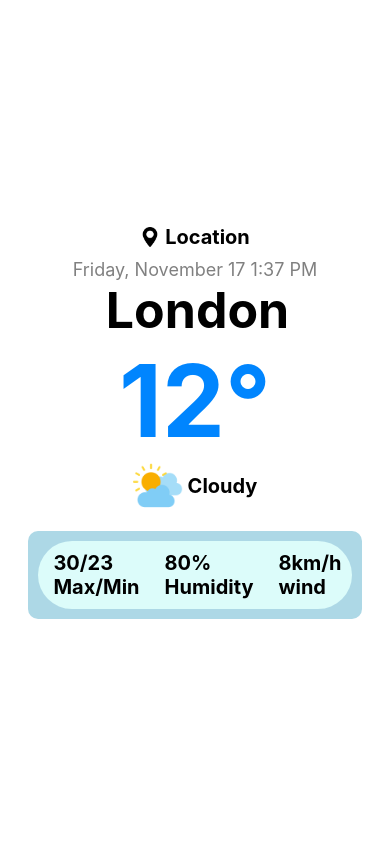
Repository: praveen080/react-native-weatherAppV1
Screen: /
The author's editor kept a copy of each file at every save. The screen is drawn from the files as they stood at one save, then again after the next save.
The app was drawn by React Native's web renderer in a window 390 px wide. The project was rebuilt for these pictures with package versions that can differ from the ones it lists, and the page was loaded fresh each time. Also part of the build but not shown: Screens/startUp.js.

Above is the screen before, as saved 2023-11-17 14:17:02.

### App.js
import { StatusBar } from "expo-status-bar";
import { StyleSheet, Text, View } from "react-native";
import StartPage from "./Screens/startUp";
import Home from "./Screens/Home";

export default function App() {
  return (
    <View style={styles.container}>
      {/* <StartPage /> */}
      <Home />
    </View>
  );
}

const styles = StyleSheet.create({
  container: {
    flex: 1,
    backgroundColor: "#ff f",
    alignItems: "center",
    justifyContent: "center",
  },
});

### Screens/Home.js
import React from "react";
import { View, Text, Image, TouchableOpacity, StyleSheet } from "react-native";

const Home = () => {
  const currentDate = new Date();

  // Format the date and time
  const formattedDate = currentDate.toLocaleDateString("en-US", {
    weekday: "long",
    day: "numeric",
    month: "long",
  });

  const formattedTime = currentDate.toLocaleTimeString("en-US", {
    hour: "numeric",
    minute: "numeric",
    hour12: true,
  });
  return (
    <View style={styles.container}>
      {/* Location Text with Icon */}
      <TouchableOpacity style={styles.locationContainer}>
        <Image source={require("./assets/location.png")} style={styles.icon} />
        <Text style={styles.locationText}>Location</Text>
      </TouchableOpacity>

      {/* Current Time and Date */}
      <Text style={styles.dateTimeText}>
        {formattedDate} {formattedTime}
      </Text>
      <Text style={styles.location}>London</Text>

      {/* Numbers */}
      <View style={styles.numbersContainer}>
        <Text style={styles.number}>12°</Text>
      </View>

      <View style={styles.locationContainer}>
        <Image
          source={require("./assets/cloudy-day.png")}
          style={styles.iconS}
        />
        <Text style={styles.locationText}>Cloudy</Text>
      </View>
      <View style={styles.cardFull}>
        <View style={styles.locationContainer1}>
          <View style={styles.card}>
            <Text style={styles.locationText}>30/23</Text>
            <Text style={styles.locationText}>Max/Min</Text>
          </View>
          <View style={styles.card}>
            <Text style={styles.locationText}>80%</Text>
            <Text style={styles.locationText}>Humidity</Text>
          </View>
          <View style={styles.card}>
            <Text style={styles.locationText}>8km/h</Text>
            <Text style={styles.locationText}>wind</Text>
          </View>
        </View>
      </View>
    </View>
  );
};

export default Home;

export const styles = StyleSheet.create({
  container: {
    flex: 1,
    alignItems: "center",
    justifyContent: "center",
  },
  locationContainer: {
    flexDirection: "row",
    alignItems: "center",
  },
  locationContainer1: {
    flexDirection: "row",
    alignItems: "center",
    backgroundColor: "#dcfcfa",
    borderRadius: 50,
    margin: 10,
  },
  locationText: {
    fontSize: 20,
    marginLeft: 5,
    fontWeight: "bold",
  },
  location: {
    fontSize: 50,
    marginLeft: 5,
    fontWeight: "bold",
  },
  icon: {
    width: 20,
    height: 20,
  },
  iconS: {
    width: 50,
    height: 50,
  },
  dateTimeText: {
    fontSize: 18,
    marginTop: 10,
    color: "grey",
  },
  numbersContainer: {
    flexDirection: "row",
    alignItems: "center",
    // marginTop: 20,
  },
  number: {
    fontSize: 100,
    // marginRight: 10,
    fontWeight: "bold",
    color: "#0085FE",
  },
  logo: {
    width: 100,
    height: 100,
    marginTop: 20,
  },
  card: {
    margin: 10,
  },
  cardFull: {
    borderRadius: 10,
    backgroundColor: "lightblue",
    marginTop: 20,
  },
});

// // Weather.js

// import React, { useState } from "react";
// import { View, Text, TextInput, Button, StyleSheet } from "react-native";
// import axios from "axios";

// const Home = () => {
//   const [city, setCity] = useState("");
//   const [weatherData, setWeatherData] = useState(null);
//   const [error, setError] = useState("");

//   const apiKey = "2891236865fb81dd11cf0be56216e1cb";

//   const fetchWeatherData = async () => {
//     try {
//       const response = await axios.get(
//         `https://api.openweathermap.org/data/2.5/weather?q=${city}&appid=${apiKey}&units=metric`
//       );
//       setWeatherData(response.data);
//       setError("");
//     } catch (error) {
//       setWeatherData(null);
//       setError("City not found. Please try again.");
//     }
//   };

//   return (
//     <View style={styles.container}>
//       <Text style={styles.title}>Weather App</Text>
//       <TextInput
//         style={styles.input}
//         placeholder="Enter city"
//         value={city}
//         onChangeText={(text) => setCity(text)}
//       />
//       <Button title="Get Weather" onPress={fetchWeatherData} />
//       {weatherData && (
//         <View>
//           <Text>{`City: ${weatherData.name}`}</Text>
//           <Text>{`Temperature: ${weatherData.main.temp}°C`}</Text>
//           {/* Add more weather details as needed */}
//         </View>
//       )}
//       {error !== "" && <Text style={styles.error}>{error}</Text>}
//     </View>
//   );
// };

// const styles = StyleSheet.create({
//   container: {
//     flex: 1,
//     justifyContent: "center",
//     alignItems: "center",
//   },
//   title: {
//     fontSize: 20,
//     fontWeight: "bold",
//     marginBottom: 10,
//   },
//   input: {
//     height: 40,
//     borderColor: "gray",
//     borderWidth: 1,
//     marginBottom: 10,
//     padding: 10,
//     width: 200,
//   },
//   error: {
//     color: "red",
//     marginTop: 10,
//   },
// });

// export default Home;

After the next save:
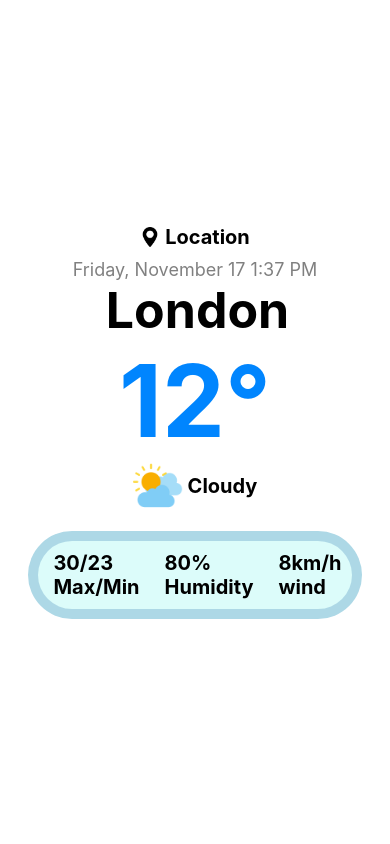
Saved 8 s later.
--- a/Screens/Home.js
+++ b/Screens/Home.js
@@ -124,7 +124,7 @@ export const styles = StyleSheet.create({
     margin: 10,
   },
   cardFull: {
-    borderRadius: 10,
+    borderRadius: 50,
     backgroundColor: "lightblue",
     marginTop: 20,
   },
